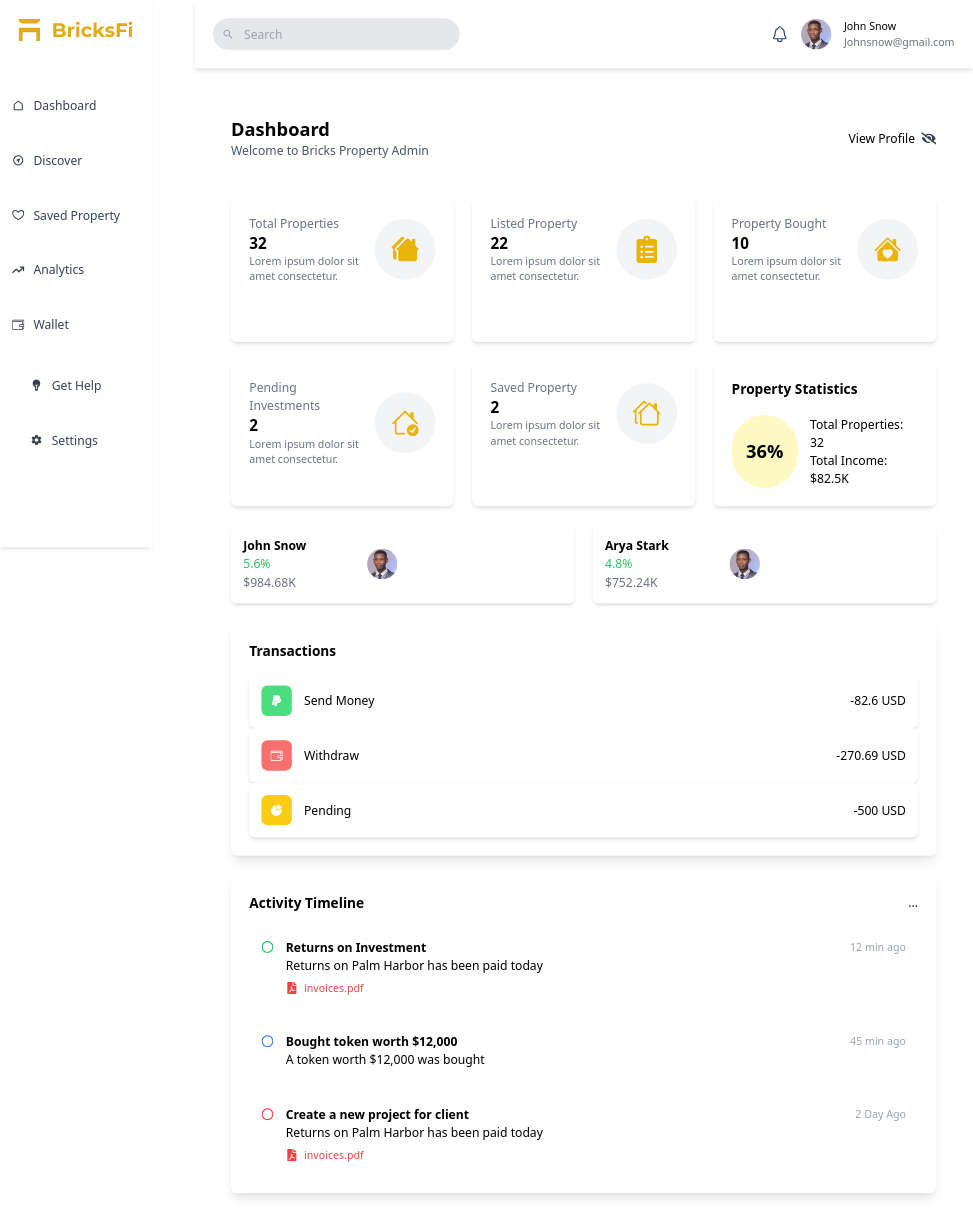
Repository: AyomideAkintade/BricksFi-Frontend
Page: /dashboard (app in client/)
The author's editor kept a copy of each file at every save. The page is drawn from the files as they stood at one save, then again after the next save.
The browser window is 1280 px wide. The pictures show the whole page, at 76% of full size.
The page's requests for data from a server got no answer. The project was rebuilt for these pictures with package versions that can differ from the ones it lists, and the page was loaded fresh each time. No one was signed in, and anything a server would have sent is missing. Also part of the build but not shown: client/src/components/navbar.jsx, client/src/components/home.jsx, client/src/components/homeSecond.jsx, client/src/components/homeThird.jsx, client/src/components/homeFifth.jsx, client/src/components/homeSixth.jsx, client/src/components/homeSeventh.jsx, client/src/api/base.js and 11 more.

Above is the page before, as saved 2024-10-04 23:06:59.

### client/src/index.css
@import "tailwindcss/base";
@import "tailwindcss/components";
@import "tailwindcss/utilities";


@font-face {
  font-family: Poppins;
  src: url(/src/assets/fonts/Poppins-Regular.ttf) format("truetype"), url(/src/assets/fonts/Poppins-Bold.ttf) format("truetype"), url(/src/assets/fonts/Poppins-Medium.ttf) format("truetype");

}

### client/src/App.js
import { BrowserRouter as Router, Route, Routes } from "react-router-dom";
import Home from "./pages/homePage";
import HomeFourth from "./components/login.jsx";
import HomeEight from "./components/signup.jsx";
import ForgotPasswordPage from "./components/forgotPassword.jsx";
import DashboardLayout from "./pages/dashboardLayout";
import DashboardPage from "./pages/dashboard.jsx";
import PieAnalytics from "./components/analytics.jsx";
import Discover from "./components/discover.jsx";
import SavedPropertyPage from "./components/savedProperties.jsx";
import { ToastContainer } from "react-toastify";
import 'react-toastify/dist/ReactToastify.css';
import { useEffect, useState } from "react";
import { BrCookies } from "./utils/storage/cookies.js";
// import DiscoverPage from "./pages/discover.jsx";
// import SavedPropertyPage from "./pages/savedProperty.jsx";

function App() {

  const [ loggedIn, setLoggedIn ] = useState(false);
  const [ isLoading, setLoading ] = useState(true);

  useEffect(()=>{
    const ck = new BrCookies(document);
    ck.getCookie('authToken')
      .then((value) => {
        setLoggedIn(true);
        setLoading(false);
      })
      .catch((e) => {
        setLoading(false);
        // this.setState({ isLoading: false }); // Set loading to false even if there is an error
      });
  }, [])
  if (isLoading) {
    return <div></div>;
  }

  return (
    <div>
      <ToastContainer limit={5} />
      {loggedIn ?
      <Router>
        <Routes>
          <Route path="*" element={<DashboardLayout />}>
            <Route index element={<DashboardPage />} />
          </Route>
          <Route path="/dashboard" element={<DashboardLayout />}>
            <Route index element={<DashboardPage />} />
            <Route path="discover" element={<Discover/>} />
            <Route path="saved-property" element={<SavedPropertyPage/>} />
            <Route path="analytics" element={<PieAnalytics />} />
          </Route>
        </Routes>
      </Router>
      :
      <Router>
        <Routes>
          {/* Public Routes */}
          <Route path="/" element={<Home />} />
          <Route path="/login" element={<HomeFourth />} />
          <Route path="/signup" element={<HomeEight />} />
          <Route path="/forgot-password" element={<ForgotPasswordPage />} />

          {/* Dashboard Routes with Sidebar and Header */}
          <Route path="/dashboard" element={<DashboardLayout />}>
            <Route index element={<DashboardPage />} />
            <Route path="discover" element={<Discover/>} />
            <Route path="saved-property" element={<SavedPropertyPage/>} />
            <Route path="analytics" element={<PieAnalytics />} />
          </Route>
        </Routes>
      </Router>
      }
    </div>
  );
}

export default App;

### client/src/pages/dashboardLayout.jsx
import React from 'react';
import Sidebar from '../components/sidebar';
import Header from '../components/header';
import { Outlet } from 'react-router-dom';

const DashboardLayout = () => {
  return (
    <div className="flex">
      {/* Sidebar */}
      <Sidebar />

      <div className="flex-1 ml-64">
        {/* Header */}
        <Header />

        <div className="p-6 pt-10">
          {/* Outlet will render the child routes here */}
          <Outlet />
        </div>
      </div>
    </div>
  );
};

export default DashboardLayout;

### client/src/pages/dashboard.jsx
import React from 'react';
import DashboardStats from '../components/statCard';
import TopInvestors from '../components/investorCard';
import Transactions from '../components/transaction';
import ActivityTimeline from '../components/activity';
import { FaEyeSlash } from 'react-icons/fa'; // Make sure to import the icon

const Dashboard = () => {
  return (
    <div className="flex flex-col">
      <div className="flex justify-between p-6">
        <div>
          <h2 className="text-2xl font-semibold">Dashboard</h2>
          <p className="text-gray-600">Welcome to Bricks Property Admin</p>
        </div>
        <div className="flex items-center space-x-2">
          <span>View Profile</span>
          <FaEyeSlash className="text-gray-700 text-xl" />
        </div>
      </div>
      <div className="p-6">
        {/* Dashboard Stats */}
        <DashboardStats />

        {/* Top Investors and Property Stats */}
        <div className=" mt-6">
          <TopInvestors />

        </div>

        {/* Transactions Section */}
        <div className="mt-6">
          <Transactions />
        </div>

        {/* Activity Timeline */}
        <div className="mt-6">
          <ActivityTimeline />
        </div>
      </div>
    </div>
  );
};

export default Dashboard;

### client/src/utils/storage/cookies.js

// eslint-disable-next-line no-unused-vars
class BrCookies {

    constructor(document) {
        this.document = document || (typeof document !== "undefined" ? document : null);
    }

    /**
     *
     * @param {Array<CookieData>} dataList
     */

    saveCookies(dataList){

        if (!Array.isArray(dataList)) {
            throw new Error("Data list must be an array.");
        }

        for (const data of dataList) {
            if (!(data instanceof CookieData)) {
                throw new Error("Invalid cookie data format.");
            }

            // save each cookie
            let cookieValue = `${data.name}=${data.value}; expires=${data.expiryDate.toUTCString()}; path=/`;

            // Set SameSite=None if running on localhost
            if (window.location.hostname !== 'localhost') {

                cookieValue += '; SameSite=Strict; Secure'
            }

            this.document.cookie = cookieValue;
        }
    }

    async getCookie(name) {
        return new Promise((resolve, reject) => {
          const cookies = this.document.cookie.split('; ');
          for (const cookie of cookies) {
            const [cookieName, cookieValue] = cookie.split('=');
            if (cookieName === name) {
              resolve(cookieValue);
              return;
            }
          }
          reject(new Error(`Cookie with name ${name} not found.`));
        });
    }

    removeCookie(name) {
        this.document.cookie = name + "=;Path=/;expires=Thu, 01 Jan 1970 00:00:00 GMT";
    }

    removeAllCookies() {
        const cookies = this.document.cookie.split(";");
        for (var i = 0; i < cookies.length; i++) {
            const cookie = cookies[i];
            const eqPos = cookie.indexOf("=");
            const name = eqPos > -1 ? cookie.substr(0, eqPos) : cookie;
            document.cookie = name + "=;Path=/;expires=Thu, 01 Jan 1970 00:00:00 GMT";
        }
    }
}


class CookieData {
    constructor(name, value, expiryDate) {

        if (typeof name !== "string" || typeof value !== "string" || !(expiryDate instanceof Date) || name.length === 0) {
            throw new Error("Invalid CookieData format.");
        }

        this.name = name;
        this.value = value;
        this.expiryDate = expiryDate;
    }
}

function createCookieDate(timeInSec) {

    const timeInDays = timeInSec / (3600 * 24);

    const currentDate = new Date();

    const futureDate = new Date();
    futureDate.setDate(currentDate.getDate() + timeInDays);


    return futureDate
}


export { BrCookies, CookieData, createCookieDate };

### client/src/components/sidebar.jsx
import React from 'react';
import { Link } from 'react-router-dom';
import { RiHomeLine } from "react-icons/ri";
import { RiCompassDiscoverLine } from "react-icons/ri";
import { GrFavorite } from "react-icons/gr";
import { FaArrowTrendUp } from "react-icons/fa6";
import { TfiWallet } from "react-icons/tfi";
import { IoBulbSharp } from "react-icons/io5";
import { IoMdSettings } from "react-icons/io";
import BricksFi from "../assets/bricksfi.svg"

const Sidebar = () => {
  return (
    <aside className="bg-white h-screen w-[15%] fixed shadow-md min-w-[200px]">
      <div className="p-6">
        <img
        src={BricksFi}
        alt='BricksFi'
        className='w-full'
        />
      </div>
      <nav className="mt-8">
        <ul className="space-y-4">
          <li className="p-4 hover:bg-yellow-100">
            <Link to="/dashboard" className="flex items-center text-gray-700">
              <RiHomeLine className="mr-3" /> Dashboard
            </Link>
          </li>
          <li className="p-4 hover:bg-yellow-100">
            <Link to="/dashboard/discover" className="flex items-center text-gray-700">
              <RiCompassDiscoverLine className="mr-3" /> Discover
            </Link>
          </li>
          <li className="p-4 hover:bg-yellow-100">
            <Link to="/dashboard/saved-property" className="flex items-center text-gray-700">
              <GrFavorite className="mr-3" /> Saved Property
            </Link>
          </li>
          <li className="p-4 hover:bg-yellow-100">
            <Link to="/dashboard/analytics" className="flex items-center text-gray-700">
              <FaArrowTrendUp className="mr-3" /> Analytics
            </Link>
          </li>
          <li className="p-4 hover:bg-yellow-100">
            <Link to="/dashboard/wallet" className="flex items-center text-gray-700">
              <TfiWallet className="mr-3" /> Wallet
            </Link>
          </li>
        </ul>
      </nav>
      <div className="mt-auto p-6">
        <ul className="space-y-4">
          <li className="p-4 hover:bg-yellow-100">
            <Link to="/" className="flex items-center text-gray-700">
              <IoBulbSharp className="mr-3" /> Get Help
            </Link>
          </li>
          <li className="p-4 hover:bg-yellow-100">
            <Link to="/" className="flex items-center text-gray-700">
              <IoMdSettings className="mr-3" /> Settings
            </Link>
          </li>
        </ul>
      </div>
    </aside>
  );
};

export default Sidebar;

### client/src/components/header.jsx
import React from 'react';
import COCO from "../assets/clem.jpeg"
import { IoMdSearch } from "react-icons/io";
import { IoNotificationsOutline } from "react-icons/io5";

const Header = () => {
  return (
    <div className="w-full flex justify-between items-center p-6 bg-white shadow-md sticky top-0 z-50">
      <div className="relative w-1/3">
        <input
          type="text"
          placeholder="Search"
          className="p-2 pl-10 w-full border rounded-full bg-gray-200 text-black focus:outline-none"
        />
        <IoMdSearch className="absolute left-3 top-1/2 transform -translate-y-1/2 text-gray-400" />
      </div>
      <div className="flex items-center space-x-4">
        <IoNotificationsOutline className="text-gray-700 text-2xl" />
        <img
          src={COCO}
          alt="profile"
          className="rounded-full h-10 w-10"
        />
        <div className="">
          <span className="block text-sm font-medium">John Snow</span>
          <span className="block text-sm text-gray-500">Johnsnow@gmail.com</span>
        </div>
      </div>
    </div>
  );
};

export default Header;

### client/src/components/statCard.jsx
import { BsFillHousesFill, BsHouseCheck, BsFillHouseHeartFill, BsHouses } from "react-icons/bs";
import { FaClipboardList } from "react-icons/fa";
import PropertyStatistics from '../components/propertyStatistic';


const StatCard = ({ title, value, icon, paragraph }) => {
    return (
        <div className="bg-white shadow-md rounded-lg p-6 h-48 flex flex-col justify-between">
            <div className="flex items-center space-x-4">
                <div className="flex-1">
                    <h3 className="text-gray-500">{title}</h3>
                    <h2 className="text-xl font-semibold">{value}</h2>
                    <p className="text-md text-gray-500 text-sm">{paragraph}</p>
                </div>
                <div className="flex items-center justify-center w-20 h-20 bg-gray-100 rounded-full text-yellow-500 text-4xl">
                    {icon}
                </div>
            </div>
        </div>
    );
};


const DashboardStats = () => {
    return (
        <div className="grid grid-cols-1 md:grid-cols-3 gap-6">
            <StatCard
                title="Total Properties"
                value="32"
                paragraph="Lorem ipsum dolor sit amet consectetur."
                icon={<BsFillHousesFill />}
            />
            <StatCard
                title="Listed Property"
                value="22"
                paragraph="Lorem ipsum dolor sit amet consectetur."
                icon={<FaClipboardList />}
            />
            <StatCard
                title="Property Bought"
                value="10"
                paragraph="Lorem ipsum dolor sit amet consectetur."
                icon={<BsFillHouseHeartFill />}
            />
            <StatCard
                title="Pending Investments"
                value="2"
                paragraph="Lorem ipsum dolor sit amet consectetur."
                icon={<BsHouseCheck />}
            />
             <StatCard
                title="Saved Property"
                value="2"
                paragraph="Lorem ipsum dolor sit amet consectetur."
                icon={<BsHouses />}
            />


                <PropertyStatistics />

        </div>
    );
};

export default DashboardStats;

### client/src/components/investorCard.jsx
import Clem from "../assets/clem.jpeg";


const InvestorCard = ({ name, investment, profit }) => {
    return (
      <div className="flex items-center p-4 bg-white shadow-md rounded-lg">

        <div>
          <h3 className="font-semibold">{name}</h3>
          <p className="text-green-500"> {profit}</p>
          <p className="text-gray-500"> {investment}</p>
        </div>

        <img
          src={Clem}
          alt={name}
          className="rounded-full h-10 w-10 ml-20"
        />
      </div>
    );
  };

  const TopInvestors = () => {
    return (
      <>
        {/* <h2 className="text-lg font-semibold mb-4">Top Investors</h2> */}
        <div className="grid grid-cols-1 md:grid-cols-2 gap-6">
          <InvestorCard name="John Snow" investment="$984.68K" profit="5.6%" />
          <InvestorCard name="Arya Stark" investment="$752.24K" profit="4.8%" />
        </div>
      </>
    );
  };

  export default TopInvestors;

### client/src/components/transaction.jsx
import { FaPaypal } from "react-icons/fa6";
import { TfiWallet } from "react-icons/tfi";
import { GiPieChart } from "react-icons/gi";

const TransactionItem = ({ icon, description, amount, bgColor }) => {
    return (
        <div className="flex justify-between items-center p-4 bg-white shadow-md rounded-lg">
            {/* Icon and Description in a row */}
            <div className="flex items-center space-x-4">
                {/* Icon with dynamic background and rounded shape */}
                <div className={`p-3 ${bgColor} rounded-lg text-white`}>
                    {icon}
                </div>
                <span>{description}</span>
            </div>

            {/* Amount */}
            <div>
                <span>{amount}</span>
            </div>
        </div>
    );
};

const Transactions = () => {
    return (
        <div className="bg-white p-6 shadow-lg rounded-lg">
            <h2 className="text-lg font-semibold mb-4">Transactions</h2>
            {/* Different background colors for each transaction */}
            <TransactionItem
                icon={<FaPaypal />}
                description="Send Money"
                amount="-82.6 USD"
                bgColor="bg-green-400"  // Green background
            />
            <TransactionItem
                icon={<TfiWallet />}
                description="Withdraw"
                amount="-270.69 USD"
                bgColor="bg-red-400"    // Red background
            />
            <TransactionItem
                icon={<GiPieChart />}
                description="Pending"
                amount="-500 USD"
                bgColor="bg-yellow-400" // Yellow background
            />
        </div>
    );
};

export default Transactions;

### client/src/components/activity.jsx
import React from 'react';
import { FaRegCircle, FaFilePdf } from 'react-icons/fa'; // Import necessary icons

const ActivityItem = ({ title, description, time, file, color }) => {
    return (
        <div className="flex items-start space-x-4 p-4">
            <div className="mt-1">
                {/* The color prop determines the icon color */}
                <FaRegCircle className={`${color}`} />
            </div>
            <div className="flex-1">
                <div className="flex justify-between items-center">
                    <h4 className="font-semibold">{title}</h4>
                    <span className="text-gray-400 text-sm">{time}</span>
                </div>
                <p>{description}</p>
                {file && (
                    <div className="flex items-center mt-2 text-red-500">
                        <FaFilePdf />
                        <span className="ml-2 text-sm">{file}</span>
                    </div>
                )}
            </div>
        </div>
    );
};

const ActivityTimeline = () => {
    return (
        <div className="bg-white p-6 shadow-lg rounded-lg">
            <div className="flex justify-between items-center mb-4">
                <h2 className="text-lg font-semibold">Activity Timeline</h2>
                <div>...</div>
            </div>
            <div className="space-y-4">
                <ActivityItem
                    title="Returns on Investment"
                    description="Returns on Palm Harbor has been paid today"
                    time="12 min ago"
                    file="invoices.pdf"
                    // Blue icon
                    color="text-green-500"
                />
                <ActivityItem
                    title="Bought token worth $12,000"
                    description="A token worth $12,000 was bought"
                    time="45 min ago"
                    color="text-blue-500" // Green icon
                />
                <ActivityItem
                    title="Create a new project for client"
                    description="Returns on Palm Harbor has been paid today"
                    time="2 Day Ago"
                    file="invoices.pdf"
                    color="text-red-500" // Red icon
                />
            </div>
        </div>
    );
};

export default ActivityTimeline;

### client/src/components/propertyStatistic.jsx
import React from 'react';

const PropertyStatistics = () => {
    return (
        <div className="bg-white shadow-md rounded-lg p-6 flex flex-col justify-between">
            <h2 className="text-lg font-semibold mb-4">Property Statistics</h2>
            <div className="flex items-center space-x-4">
                {/* Property Stats Circle Graph */}
                <div className="w-24 h-24 bg-yellow-100 rounded-full flex items-center justify-center">
                    <span className="text-2xl font-bold">36%</span>
                </div>
                <div>
                    <p>Total Properties: 32</p>
                    <p>Total Income: $82.5K</p>
                </div>
            </div>
        </div>
    );
};

export default PropertyStatistics;

### client/tailwind.config.js
/** @type {import('tailwindcss').Config} */
module.exports = {
  content: ["./src/**/*.{html,js,jsx}"],
  theme: {
    extend: {
      fontFamily: {
        Poppins: ['Poppins'],
      }
    },
    screens: {
      sm: '640px',
      // => @media (min-width: 640px) { ... }

      md: '768px',
      // => @media (min-width: 768px) { ... }

      lg: '1024px',
      // => @media (min-width: 1024px) { ... }

      xl: '1280px',
      // => @media (min-width: 1280px) { ... }

      '2xl': '1536px',
      // => @media (min-width: 1536px) { ... }
      'custombp': {'raw': '(min-height: 375px),(min-width:768px)'}
    },
  },
  plugins: [],
}

Loaded but not shown: client/public/index.html (common file); client/src/index.js (common file); client/src/reportWebVitals.js (common file)

After the next save:
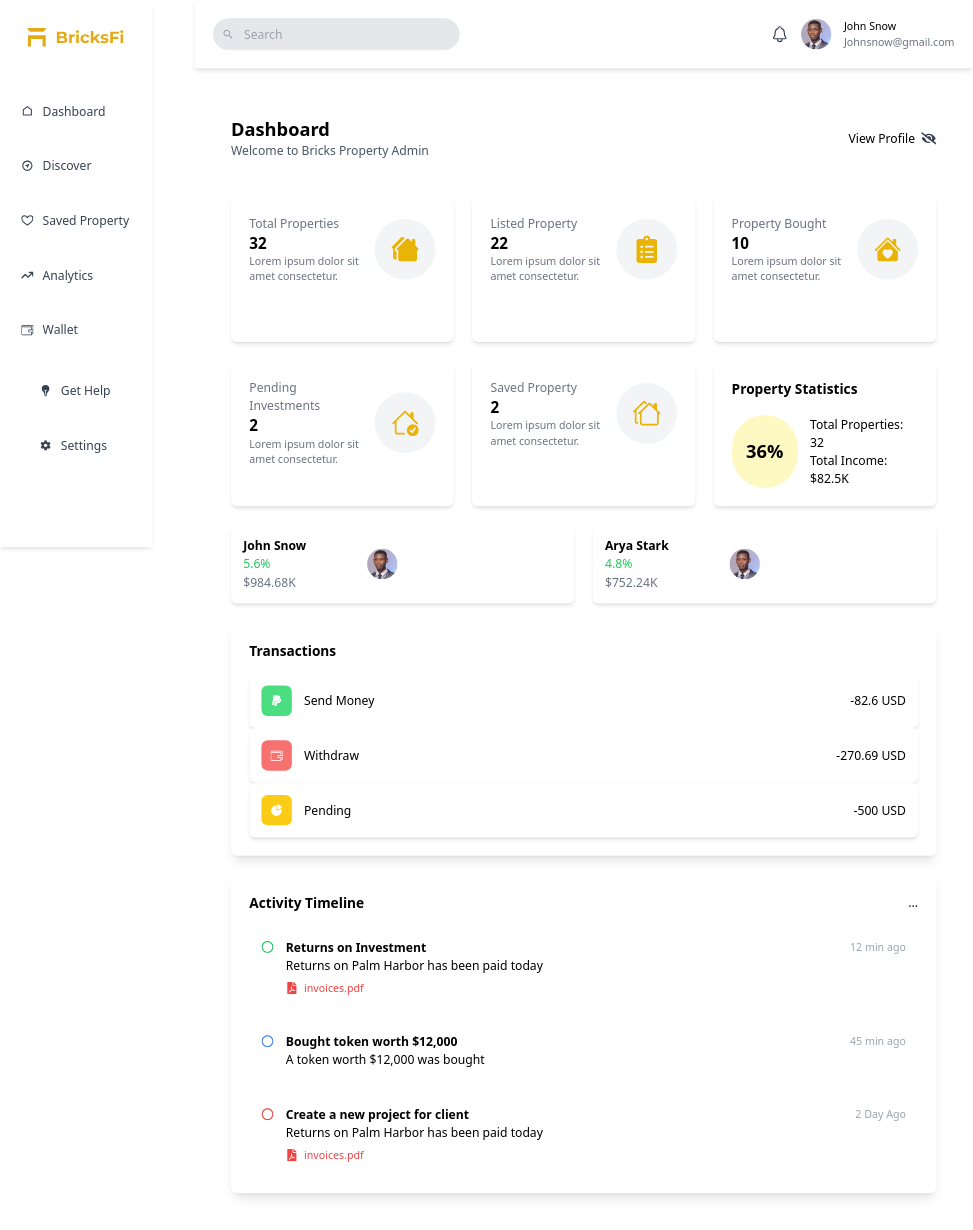
Saved 6 s later.
--- a/client/src/components/sidebar.jsx
+++ b/client/src/components/sidebar.jsx
@@ -11,7 +11,7 @@ import BricksFi from "../assets/bricksfi.svg"
 
 const Sidebar = () => {
   return (
-    <aside className="bg-white h-screen w-[15%] fixed shadow-md min-w-[200px]">
+    <aside className="bg-white h-screen w-[15%] fixed p-3 shadow-md min-w-[200px]">
       <div className="p-6">
         <img
         src={BricksFi}
